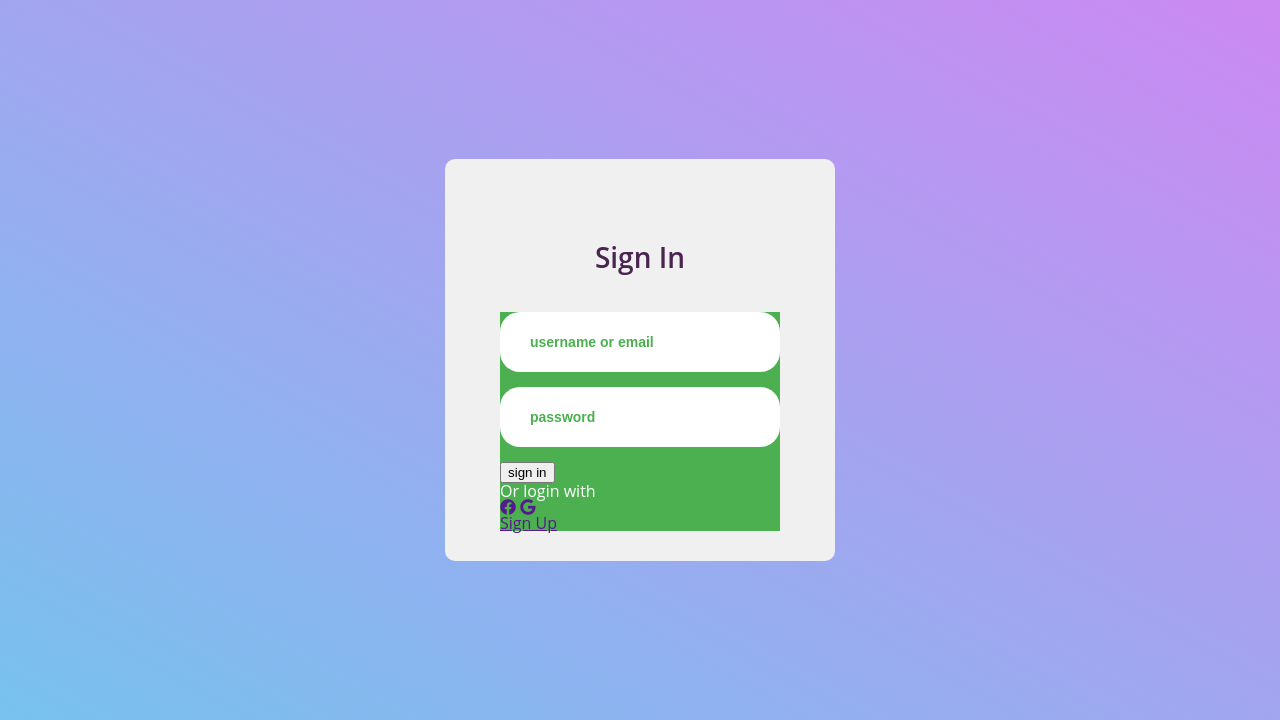
Repository: letrongtinh27/LapTrinhWeb
Page: signin/index.html
The author's editor kept a copy of each file at every save. The page is drawn from the files as they stood at one save, then again after the next save.
The browser window is 1280 px wide. The pictures show the whole page.

Above is the page before, as saved 2022-10-09 21:00:21.

After the next save:
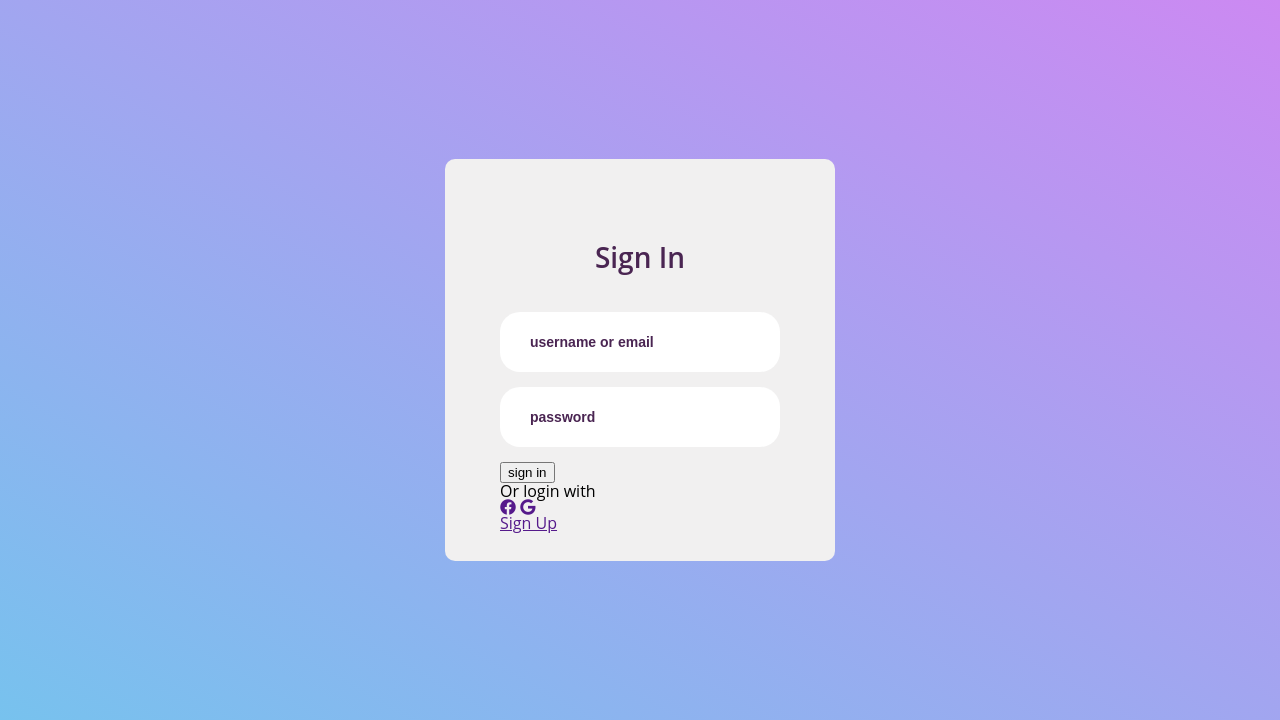
Saved 66 s later.
--- a/signin/style.css
+++ b/signin/style.css
@@ -36,17 +36,20 @@ body {
     padding-bottom: 15px;
 }
 form {
-    background-color: #4CAF50;
-    color: #fff;
+    background-color: #f1f0f0;
+    color: #black;
   }
-  ::-webkit-input-placeholder {
-    /* Chrome/Opera/Safari */
-    color: #4CAF50;
+  ::placeholder { /* Chrome, Firefox, Opera, Safari 10.1+ */
+    color: #4a2552;
+    opacity: 1; /* Firefox */
   }
 
-   :-moz-placeholder {
-    /* Firefox 18- */
-    color: #4CAF50;
+  :-ms-input-placeholder { /* Internet Explorer 10-11 */
+    color: #4a2552;
+  }
+
+  ::-ms-input-placeholder { /* Microsoft Edge */
+    color: #4a2552;
   }
 .form-item > .item{
     border-radius: 20px;
